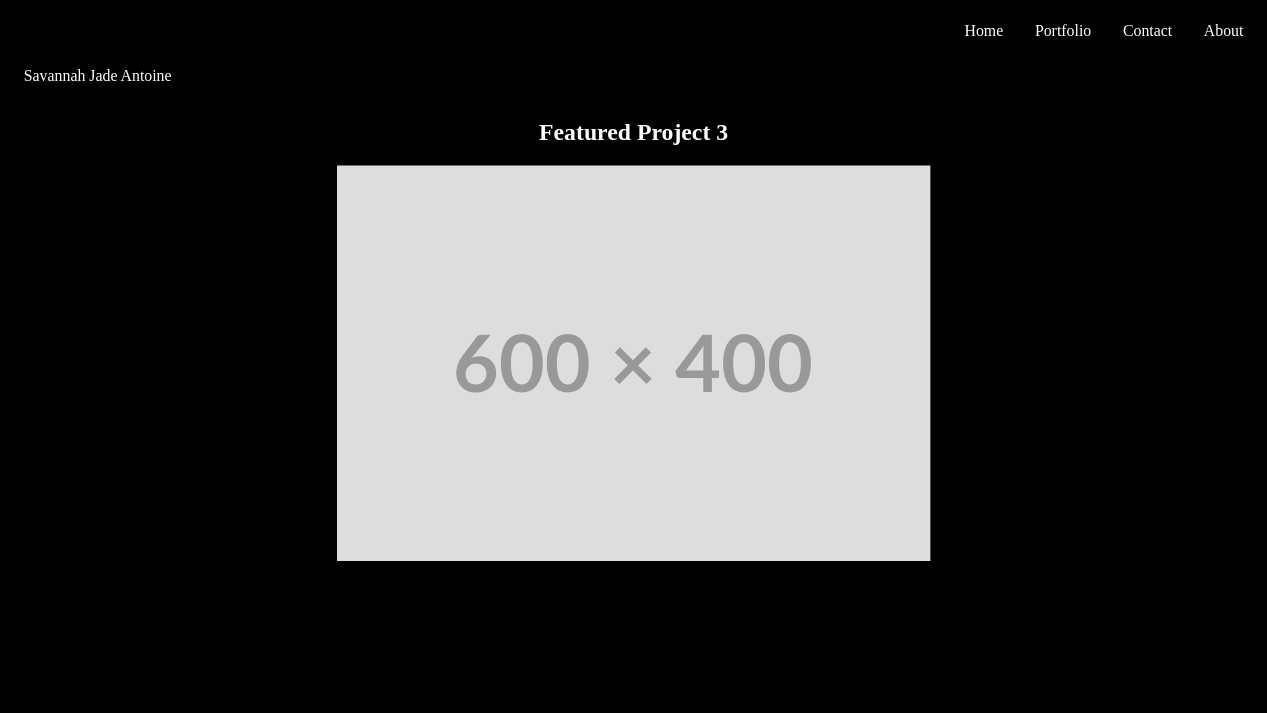
Repository: Savannah-Antoine/Savannah-Antoine
Page: pages/project-name-3.html
The author's editor kept a copy of each file at every save. The page is drawn from the files as they stood at one save, then again after the next save.
The browser window is 1280 px wide. The pictures show the whole page, at 99% of full size.

Above is the page before, as saved 2026-05-08 16:58:42.

After the next save:
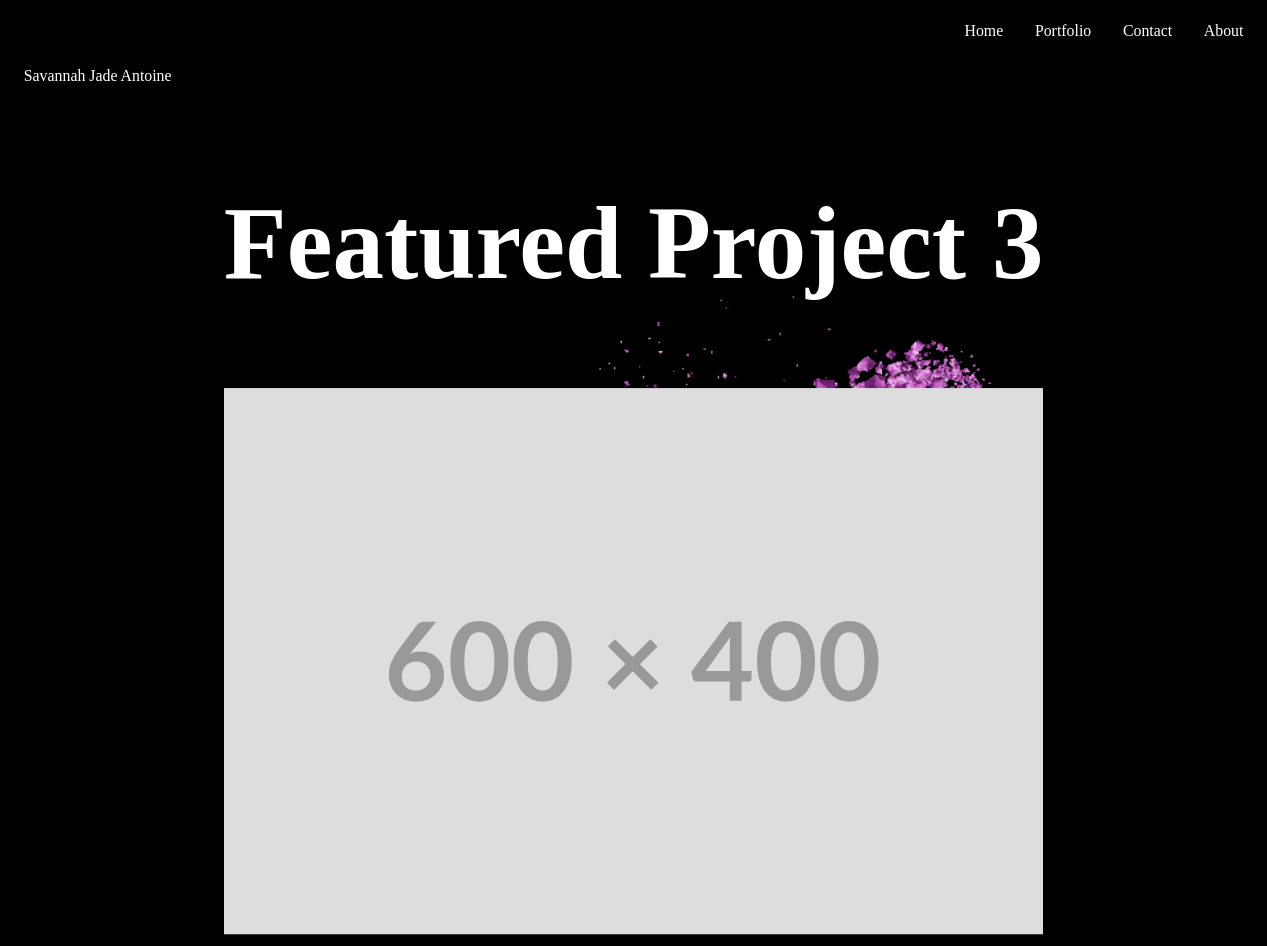
Saved 35 s later.
--- a/pages/project-name-3.html
+++ b/pages/project-name-3.html
@@ -24,7 +24,7 @@
 <main class = "container">
 
 <section >
-<h2>Featured Project 3</h2>
+<h1>Featured Project 3</h1>
 <img src = "../assets/images/placeholder1.svg" alt = "First Portfolio placeholder image" />
 
 
